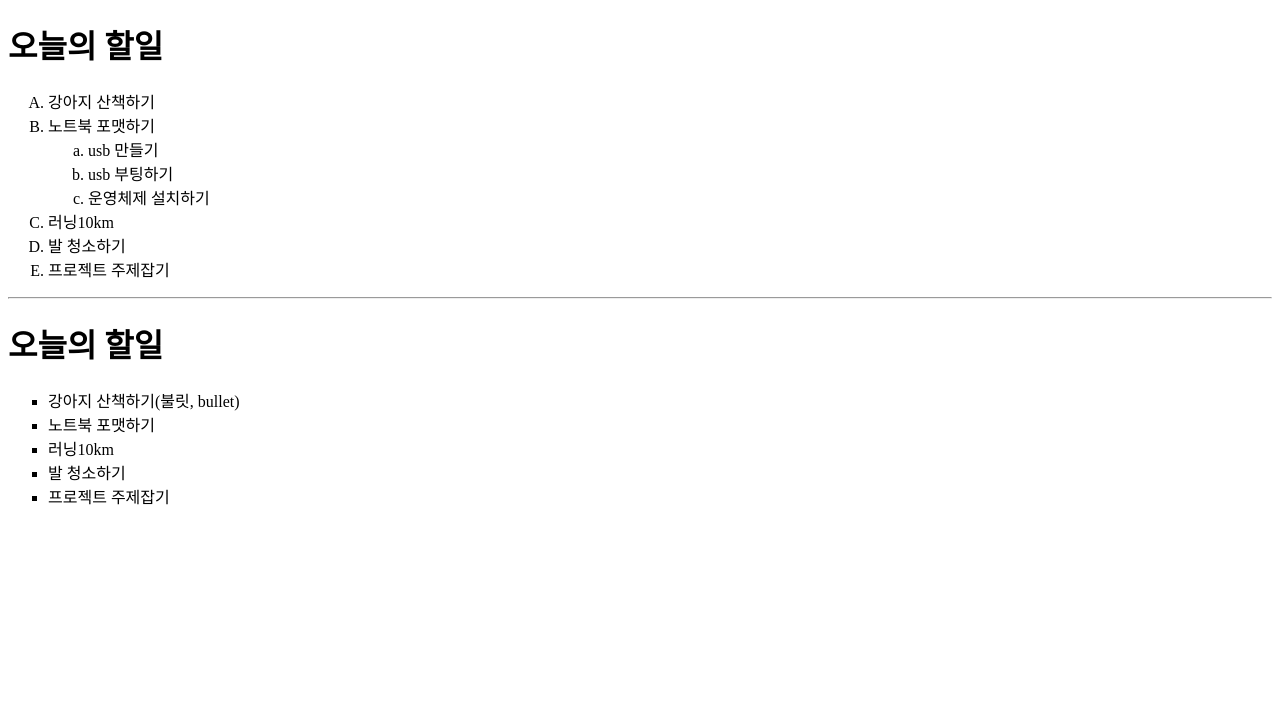
Repository: dnjs0/HCJ
Page: ClientTest/src/main/webapp/ex11_list.html
These files come from the project's save history. The page is drawn as it stood at one moment and after the next save; the edit follows.
The browser window is 1280 px wide. The pictures show the whole page.

Above is the page before, as saved 2025-02-11 02:50:52.

After the next save:
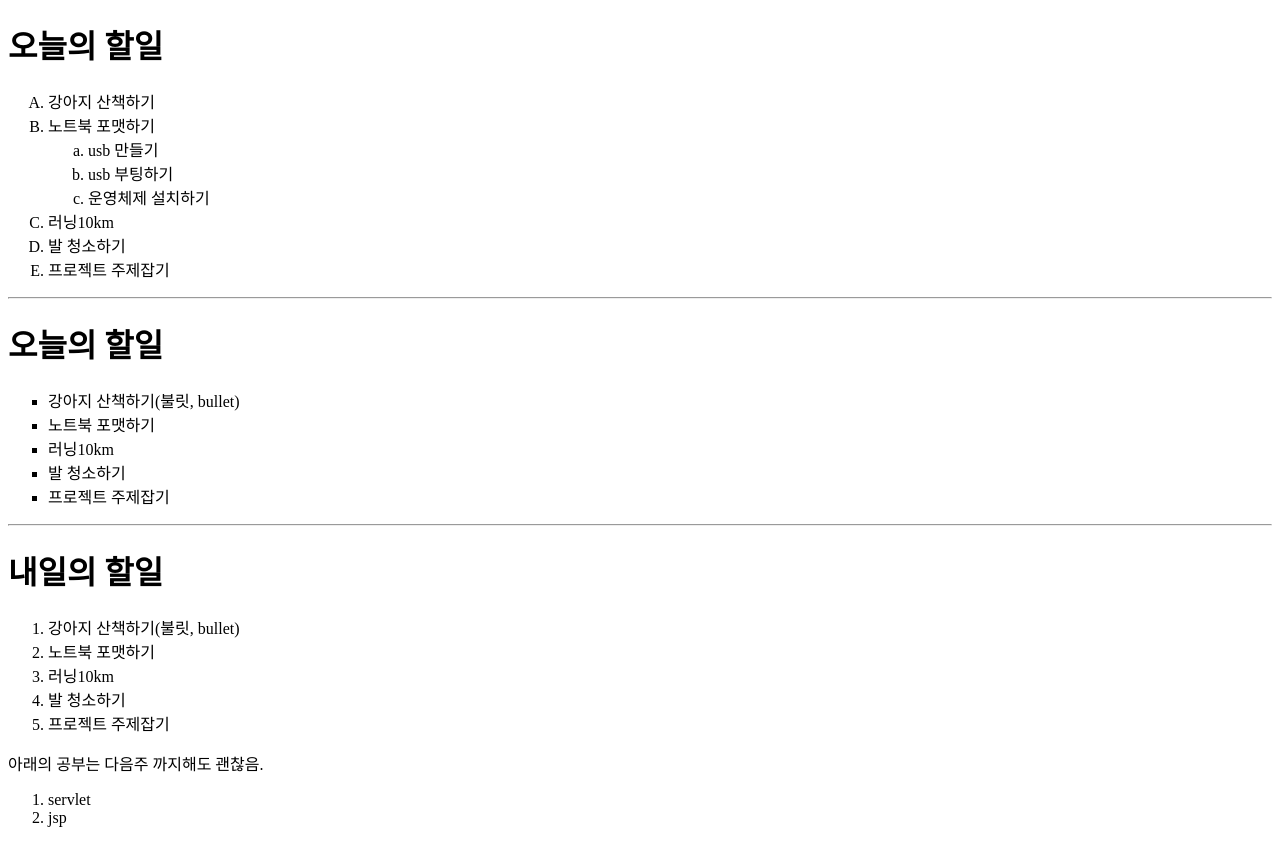
Saved 14 min 44 s later.
--- a/ClientTest/src/main/webapp/ex11_list.html
+++ b/ClientTest/src/main/webapp/ex11_list.html
@@ -46,7 +46,14 @@
         <li>발 청소하기</li>
         <li>프로젝트 주제잡기</li>
      </ol>
+
+
+
+
      <hr>
+
+
+
 
      <h1>오늘의 할일</h1>
      <ul type="square">
@@ -57,5 +64,22 @@
         <li>프로젝트 주제잡기</li>
      </ul>
 
+
+     <hr>
+
+     <h1>내일의 할일</h1>
+     <ol>
+        <li>강아지 산책하기(불릿, bullet)</li>
+        <li>노트북 포맷하기</li>
+        <li>러닝10km</li>
+        <li>발 청소하기</li>
+        <li>프로젝트 주제잡기</li>
+     </ol>
+     <p>아래의 공부는 다음주 까지해도 괜찮음.</p>
+     <ol>
+        <li>servlet</li>
+        <li>jsp</li>
+     </ol>
+
 </body>
 </html>
